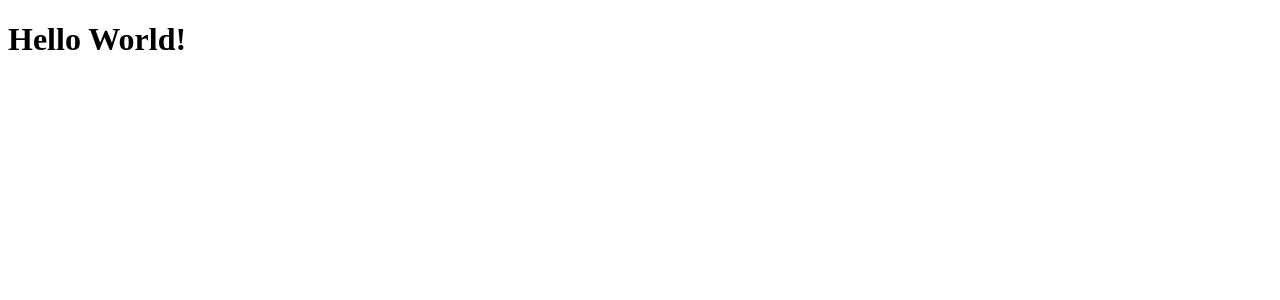
Repository: emarkees/gitHub_repository
Page: index.html
These files come from the project's save history. The page is drawn as it stood at one moment and after the next save; the edit follows.
The browser window is 1280 px wide. The pictures show the whole page.

Above is the page before, as saved 2022-07-19 16:05:53.

After the next save:
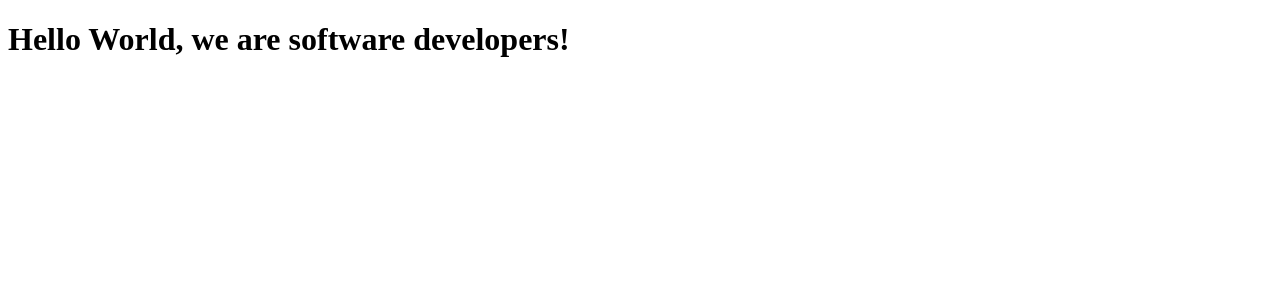
Saved 2 min 5 s later.
--- a/index.html
+++ b/index.html
@@ -9,7 +9,7 @@
   <body>
     <script src="https://cdn.freecodecamp.org/testable-projects-fcc/v1/bundle.js"></script>
 
-      <h1> Hello World!</h1>
+      <h1>Hello World, we are software developers!</h1>
     <script  src="js/index.js"></script>
   </body>
 </html>
